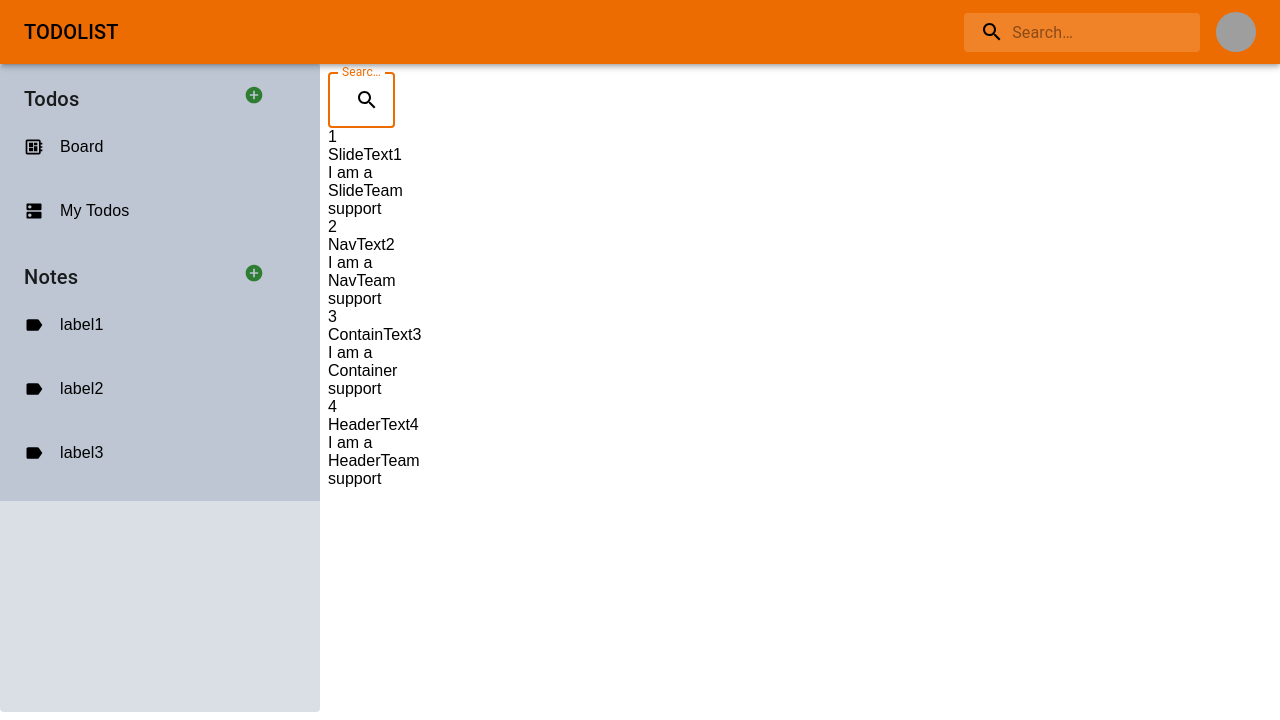
Repository: HrishrathTBS/Trackerbea
Page: / (app in client/)
An editor plug-in stored every save of this project. The page is shown before and after the next save, followed by the edit.
The browser window is 1280 px wide. The pictures show the whole page.
Pictures or frames that could not be fetched are drawn as grey boxes. The project was rebuilt for these pictures with package versions that can differ from the ones it lists, and the page was loaded fresh each time. Also part of the build but not shown: client/src/components/TodoList.js, client/src/components/Board.js, client/src/components/ListOfBar.js, client/src/components/MyTodos.js, client/src/pages/Label/Label1.js, client/src/pages/Label/Label2.js, client/src/pages/Label/Label3.js.

Above is the page before, as saved 2022-03-10 18:06:29.

After the next save:
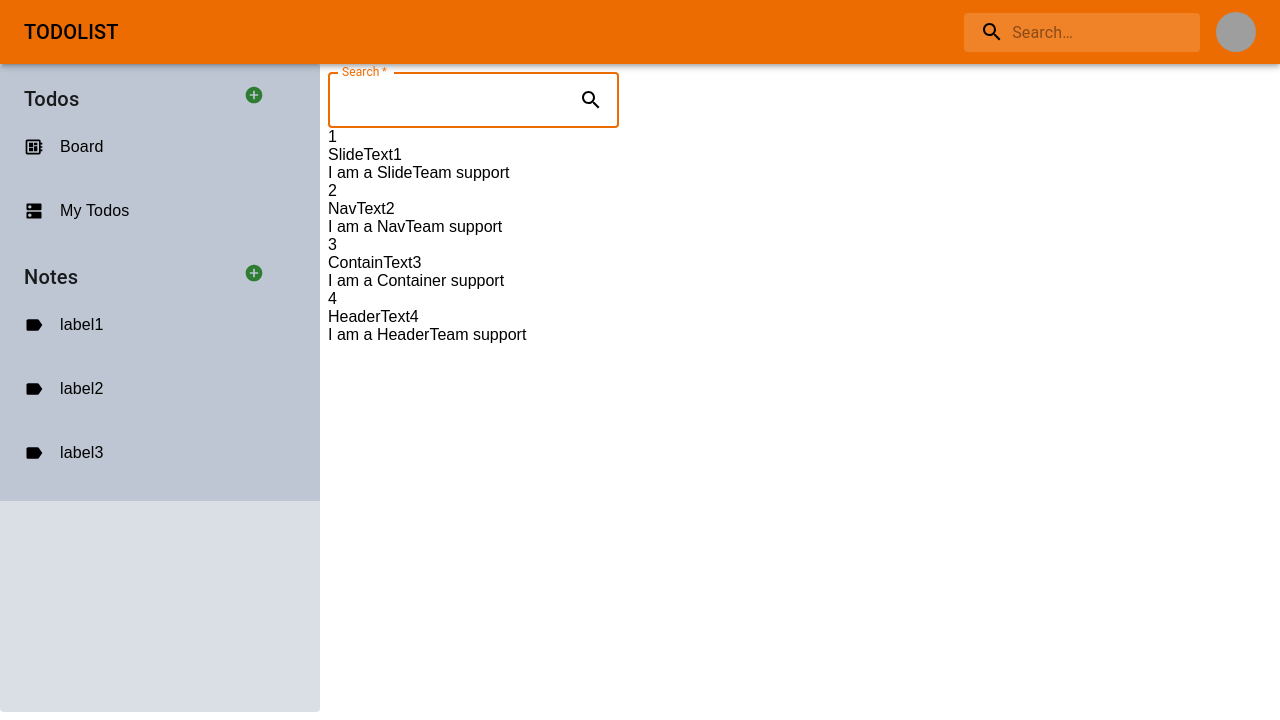
Saved 3 min 13 s later.
--- a/client/src/components/Layout.js
+++ b/client/src/components/Layout.js
@@ -1,4 +1,3 @@
-import { Box } from '@mui/system';
 import React from 'react';
 import { Outlet } from 'react-router-dom';
 import Filter from './Filter';
@@ -9,13 +8,11 @@ const Layout = () => {
   return (
     <>
       <Header />
-      <Box sx={{ display: 'flex' }}>
+      <div style={{ display: 'flex' }}>
         <SideBar />
-        <Box sx={{ display: 'flex', justifyContent: 'end' }} md={12}>
-          {<Outlet />}
-          <Filter />
-        </Box>
-      </Box>
+        {<Outlet />}
+        <Filter />
+      </div>
     </>
   );
 };
